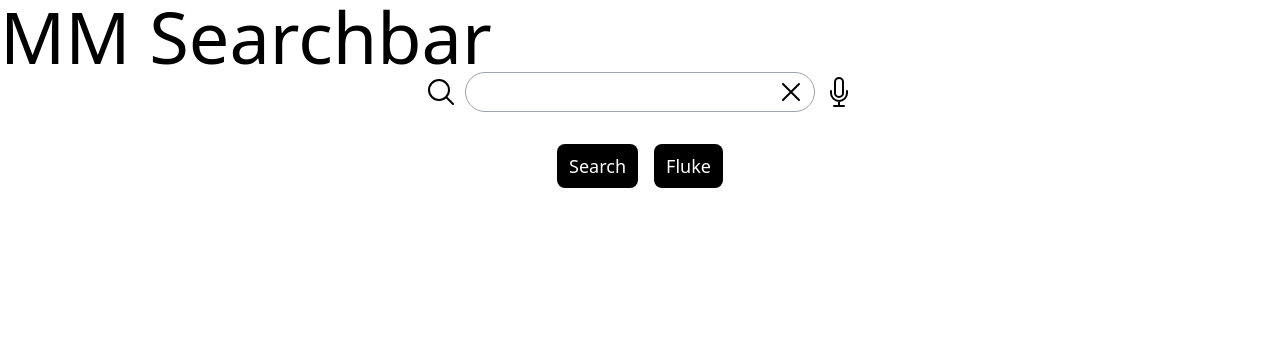
Repository: michalmilek/minigoogle
Page: /search
These files come from the project's save history. The page is drawn as it stood at one moment and after the next save; the edit follows.
The browser window is 1280 px wide. The pictures show the whole page.
The project was rebuilt for these pictures with package versions that can differ from the ones it lists, and the page was loaded fresh each time. The framework's server and built-in components were replaced by stand-ins that run in the browser. Also part of the build but not shown: next.config.js.

Above is the page before, as saved 2023-02-13 15:14:54.

After the next save:
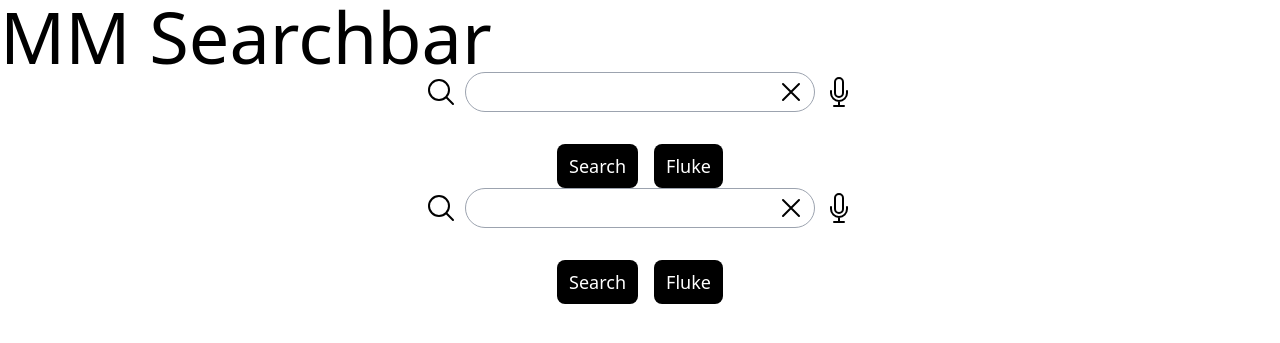
Saved 5 min 6 s later.
--- a/components/SearchHeader.tsx
+++ b/components/SearchHeader.tsx
@@ -1,11 +1,51 @@
-import React from "react";
+import React, { useRef } from "react";
+import {
+  MagnifyingGlassIcon,
+  MicrophoneIcon,
+  XMarkIcon,
+} from "@heroicons/react/24/outline";
+import { useRouter } from "next/router";
 
 const SearchHeader = () => {
+  const router = useRouter();
+  const inputSearchRef = useRef<HTMLInputElement>(null);
+
+  const clearInput = () => {
+    inputSearchRef.current!.value = "";
+  };
   return (
     <header className="sticky top-0 bg-white">
       <div>
         <h1 className="text-3xl md:text-7xl">MM Searchbar</h1>
       </div>
+      <form className="flex flex-col items-center justify-center">
+        <div className="flex flex-grow flex-shrink gap-2 items-center justify-center">
+          <button type="submit">
+            <MagnifyingGlassIcon className="h-8 cursor-pointer" />
+          </button>
+          <div className="relative flex justify-center items-center w-[90%] md:w-[350px]">
+            <input
+              type="text"
+              defaultValue={router.query.term}
+              ref={inputSearchRef}
+              className="border transition-all outline-none ring-0 focus:drop-shadow-2xl  text-base w-[100%] h-[100%] px-4 py-2 border-gray-400 rounded-full"
+            />
+            <XMarkIcon
+              onClick={() => clearInput()}
+              className="cursor-pointer h-8 absolute top-[50%] right-2 translate-y-[-50%]"
+            />
+          </div>
+          <MicrophoneIcon className="h-8 cursor-pointer" />
+        </div>
+        <div className="flex flex-col md:flex-row mt-8 gap-4 md:text-lg">
+          <button className="bg-black hover:scale-110 transition-all text-white px-3 py-2 rounded-lg">
+            Search
+          </button>
+          <button className="bg-black hover:scale-110 transition-all text-white px-3 py-2 rounded-lg">
+            Fluke
+          </button>
+        </div>
+      </form>
     </header>
   );
 };

After the save that followed:
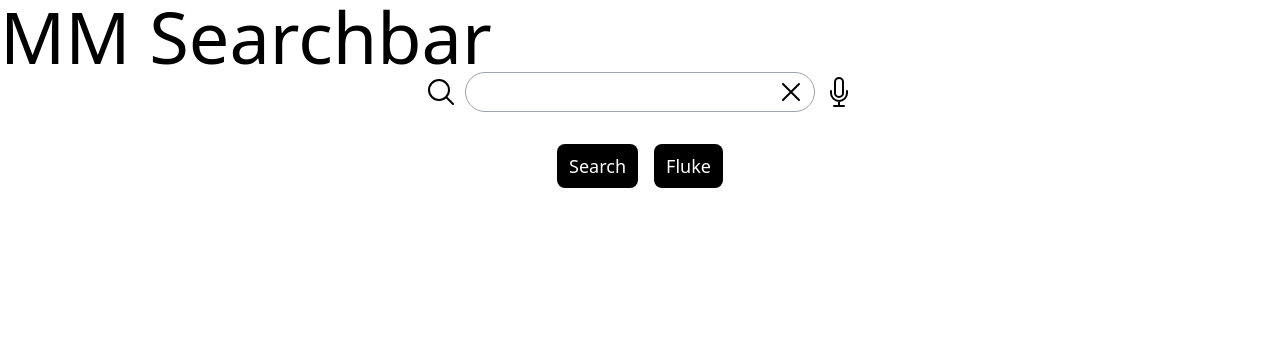
Saved 10 s later.
--- a/pages/search.tsx
+++ b/pages/search.tsx
@@ -23,34 +23,6 @@
       </Head>
 
       <SearchHeader />
-      <form className="flex flex-col items-center justify-center">
-        <div className="flex flex-grow flex-shrink gap-2 items-center justify-center">
-          <button type="submit">
-            <MagnifyingGlassIcon className="h-8 cursor-pointer" />
-          </button>
-          <div className="relative flex justify-center items-center w-[90%] md:w-[350px]">
-            <input
-              type="text"
-              defaultValue={router.query.term}
-              ref={inputSearchRef}
-              className="border transition-all outline-none ring-0 focus:drop-shadow-2xl  text-base w-[100%] h-[100%] px-4 py-2 border-gray-400 rounded-full"
-            />
-            <XMarkIcon
-              onClick={() => clearInput()}
-              className="cursor-pointer h-8 absolute top-[50%] right-2 translate-y-[-50%]"
-            />
-          </div>
-          <MicrophoneIcon className="h-8 cursor-pointer" />
-        </div>
-        <div className="flex flex-col md:flex-row mt-8 gap-4 md:text-lg">
-          <button className="bg-black hover:scale-110 transition-all text-white px-3 py-2 rounded-lg">
-            Search
-          </button>
-          <button className="bg-black hover:scale-110 transition-all text-white px-3 py-2 rounded-lg">
-            Fluke
-          </button>
-        </div>
-      </form>
     </div>
   );
 };
